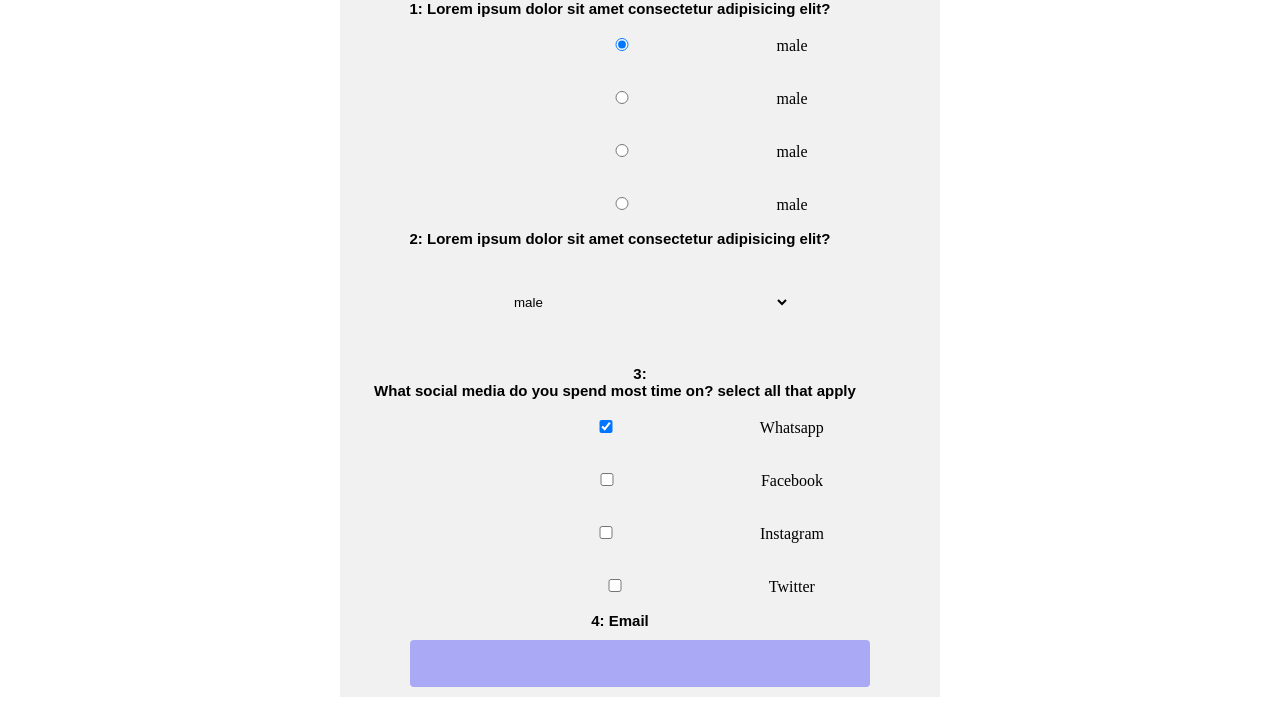
Repository: Grace229/Hasob-form
Page: index.html
These files come from the project's save history. The page is drawn as it stood at one moment and after the next save; the edit follows.
The browser window is 1280 px wide. The pictures show the whole page.

Above is the page before, as saved 2020-12-27 11:38:11.

### index.html
<!DOCTYPE html>
<html lang="en">
<head>
    <meta charset="UTF-8">
    <meta name="viewport" content="width=device-width, initial-scale=1.0">
    <title>Document</title>
    <link rel="stylesheet" href="style.css">
</head>
<body>
    <form>
        <!-- radio button -->
        <div>
            <label class="question" for="">1: Lorem ipsum dolor sit amet consectetur adipisicing elit? </label> <br>
                <input type="radio" name="gender" value="male" class="input" checked>
                <label> male</label>
                <input type="radio" name="gender" value="male" class="input">
                <label> male</label>
                <input type="radio" name="gender" value="male" class="input">
                <label> male</label>
                <input type="radio" name="gender" value="male" class="input">
                <label> male</label>

        </div>
        <!-- dropdown -->
        <div>
            <label  class="question" for="">2: Lorem ipsum dolor sit amet consectetur adipisicing elit? </label><br>
               <select name="grace" id="input">
                   <option value="male" class="check">
                    <label> male</label>
                   </option>
                   <option value="male" class="check">
                    <label> male</label>
                   </option>
                   <option value="male" class="check">
                    <label> male</label>
                   </option>
                   <option value="male" class="check">
                    <label> male</label>
                   </option>
               </select>
        </div>
        <!-- checkboxes -->
           <div>
            <label  class="question" for=""><p>3:</p> What social media do you spend most time on? select all that apply</label><br>
               <input type="checkbox" name="gender" value="male" class="input" checked>
               <label> Whatsapp</label>
                <input type="checkbox" name="gender" value="male" class="input">
                <label> Facebook</label>
                <input type="checkbox" name="gender" value="male" class="input">
                <label> Instagram</label>
                <input type="checkbox" name="gender" value="male" class="input">
                <label> Twitter</label>
        </div>
        <!-- textbox -->
        <div>
            <label  class="question" for=""> 4: Email</label> <br>
            <input type="email" name="email" id="email">
        </div>
   </form>
</body>
</html>

### style.css
*{
    padding: 0;
    margin: 0;
}
.question{
    font-size: 15px;
    font-weight: bold;
    font-family: sans-serif;
    margin: 10px 50px 10px 10px;
}

.input{
    width: 50%;
    margin: 20px 0px 20px 0px;
}
.check{
    border: solid 1px black;
}
#input{
    width: 50%;
    margin: 30px 10px 20px 10px;
    border: none;
}
select{
    border: 1px  solid black;
    background-color:#f1f1f1;
    padding: 16px 20px;
    border-radius: 4px;
}
option{
    border: 1px solid black;
    font-size:  15px;
}
form{
    text-align: center;
    width: 600px;
    margin: auto;
    background-color: #f1f1f1;
}
#email{
    width: 70%;
    margin: 10px 10px 10px 10px;
    border: none;
    background-color: rgb(169, 169, 245);
    padding: 16px 20px;
    border-radius: 4px;
}
#email:focus{
    background-color: #ffffff;
    font-size: 20px;

}

After the next save:
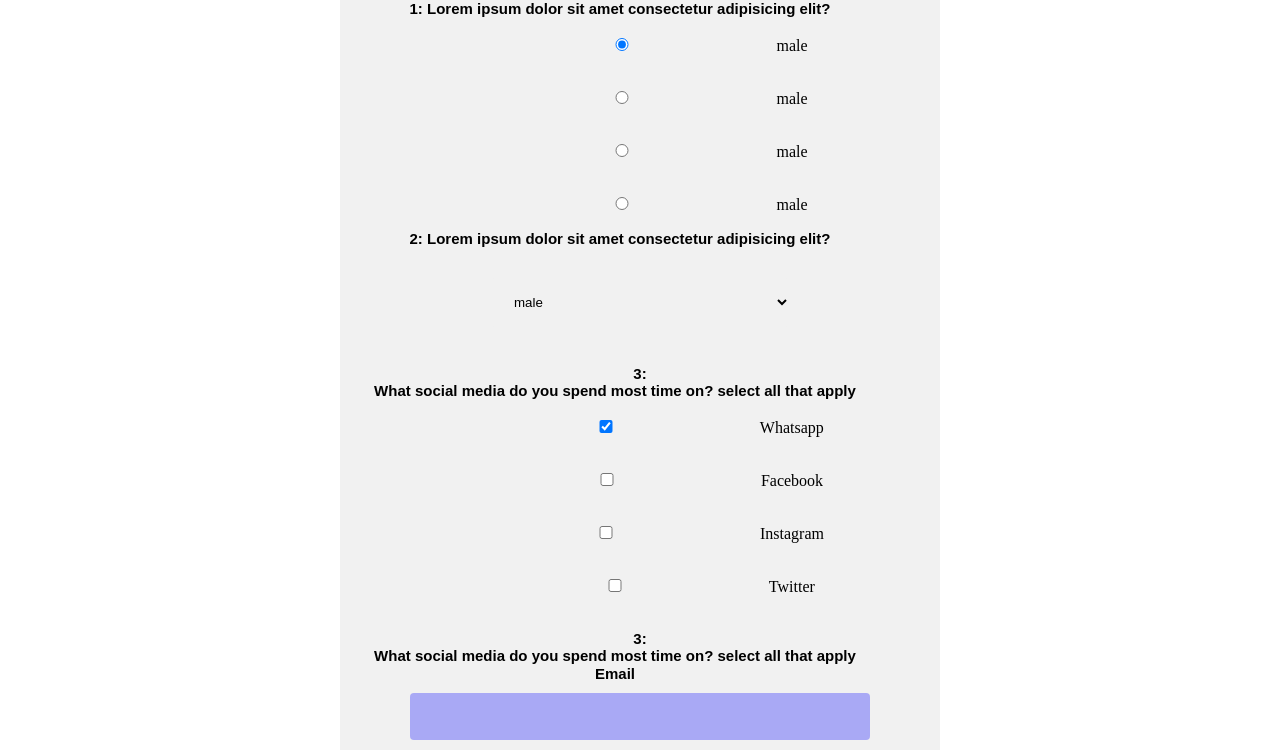
Saved 23 s later.
--- a/index.html
+++ b/index.html
@@ -53,7 +53,8 @@
         </div>
         <!-- textbox -->
         <div>
-            <label  class="question" for=""> 4: Email</label> <br>
+            <label  class="question" for="">            <label  class="question" for=""><p>3:</p> What social media do you spend most time on? select all that apply</label><br>
+            Email</label> <br>
             <input type="email" name="email" id="email">
         </div>
    </form>

After the save that followed:
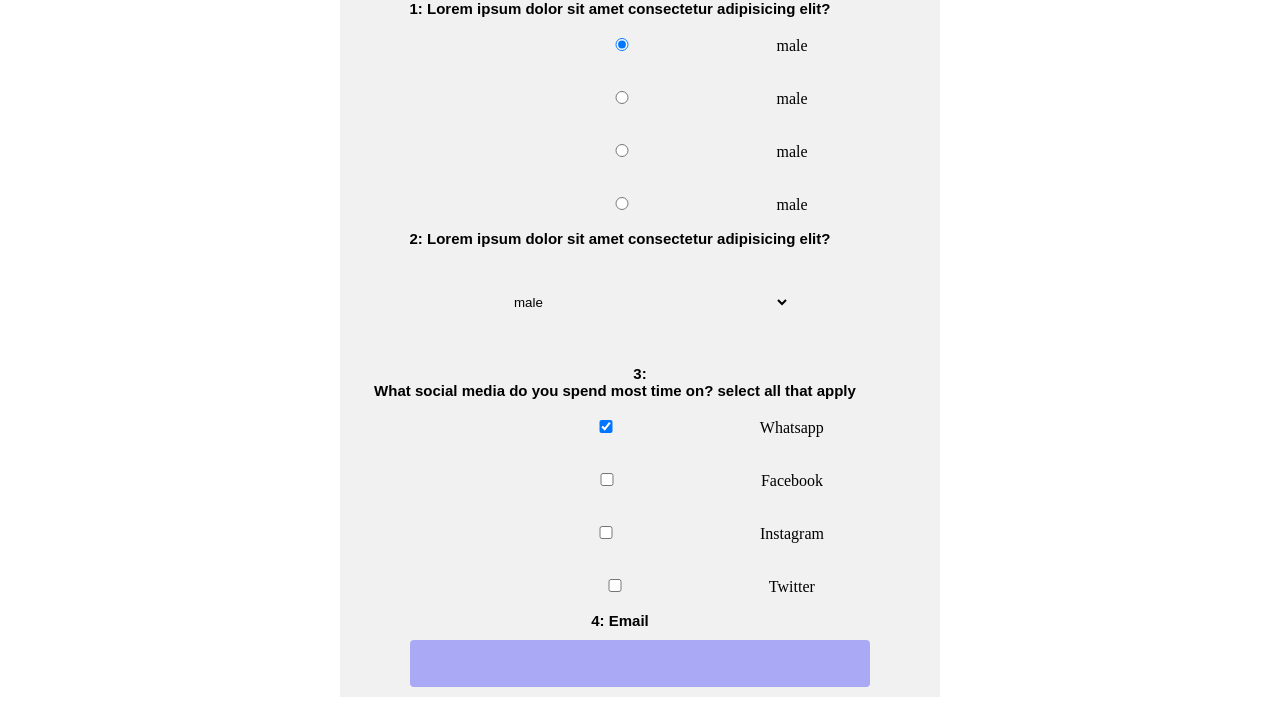
Saved 6 s later.
--- a/index.html
+++ b/index.html
@@ -53,8 +53,7 @@
         </div>
         <!-- textbox -->
         <div>
-            <label  class="question" for="">            <label  class="question" for=""><p>3:</p> What social media do you spend most time on? select all that apply</label><br>
-            Email</label> <br>
+            <label  class="question" for=""> 4: Email</label> <br>
             <input type="email" name="email" id="email">
         </div>
    </form>
